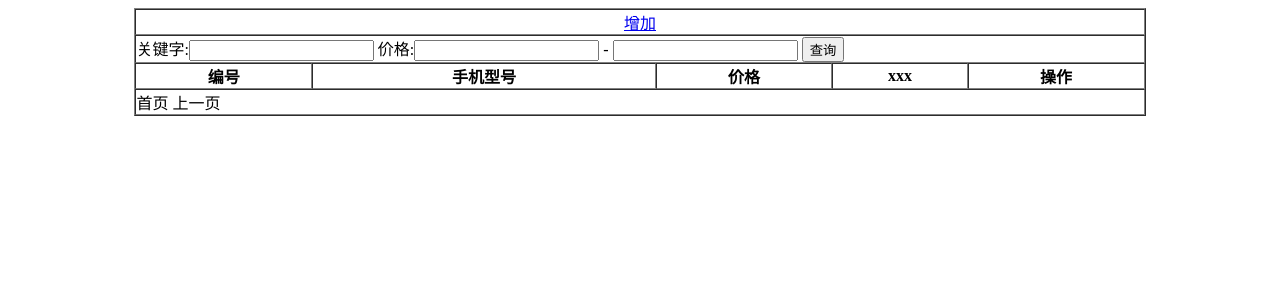
Repository: qyl1006/JavaCode
Page: http://localhost/task02/product
The author's editor kept a copy of each file at every save. The page is drawn from the files as they stood at one save, then again after the next save.
The browser window is 1280 px wide. The pictures show the whole page.
The page is served by Tomcat 9. Other server files are loaded and not shown. Queries for data that is not in the repository find no rows.

Above is the page before, as saved 2018-03-15 04:54:47.

### workspace/task02/webapp/WEB-INF/views/product/list.jsp
<%@ page language="java" contentType="text/html; charset=UTF-8"
    pageEncoding="UTF-8"%>
<!DOCTYPE html PUBLIC "-//W3C//DTD HTML 4.01 Transitional//EN" "http://www.w3.org/TR/html4/loose.dtd">

<%@ taglib prefix="c" uri="http://java.sun.com/jsp/jstl/core"%>
<html>
<head>
<meta http-equiv="Content-Type" content="text/html; charset=UTF-8">
<title>Insert title here</title>
	<script type="text/javascript">
		function goPage(pageNum){
			var form = document.getElementById("f1");
			form.currentPage.value = pageNum;
			form.submit();
		}
	</script>
</head>
<body>
<form action="/product" method="post" id="f1">
	<table align="center" border="1" width="80%" cellpadding="0" cellspacing="0">
		<tr align="center">
			<td colspan="5">
				<a href="/product?cmd=edit">增加</a>
			</td>
		</tr>
		<tr>
			<td colspan="5">
				关键字:<input type="text" name="keyWord" value="${qo.keyWord}"/>
				价格:<input type="number" name="minPrice" valus="${qo.minPrice}"/> -
					<input type="number" name="maxPrice" valus="${qo.maxPrice}"/>
					<input type="button" value="查询" onlick="goPage(1)"/>
			</td>
		</tr>
		<tr align="center">
			<th>编号</th>
			<th>手机型号</th>
			<th>价格</th>
			<th>xxx</th>
			<th>操作</th>
		</tr>
	<c:forEach items="${result.data}" var="p" varStatus="vs">
		<tr align="center" style="background-color: ${vs.count % 2 == 0 ? '' : 'red'}">
			<td>${p.id}</td>
			<td>${p.name}</td>
			<td>${p.price}</td>
			<td>${p.info}</td>
			<td>
				<a href="/product?cmd=edit&id=${p.id}">编辑</a>
				<a href="/product?cmd=delete&id=${p.id}">删除</a>
			</td>
		</tr>
	</c:forEach>
		<tr>
			<td colspan="5">
				<c:choose>
					<c:when test="${result.currentPage != 1}">
						<a href="javascript:goPage(1)">首页</a>
						<a href="javascript:goPage(${result.prevPage})">上一页</a>
					</c:when>
					<c:otherwise>首页 上一页</c:otherwise>
				</c:choose>
				<c:choose>
					<c:when test="${result.currentPage < result.endPage}">
						<a href="javascript:goPage(${result.nextPage})">下一页</a>
						<a href="javascript:goPage(${result.endPage})">尾页</a>
					</c:when>
				</c:choose>
			</td>
		</tr>
	</table>
</form>
</body>
</html>

### workspace/task02/src/cn/wolfcode/shop/web/servlet/ProductServlet.java
package cn.wolfcode.shop.web.servlet;

import java.io.IOException;
import java.math.BigDecimal;

import javax.servlet.ServletException;
import javax.servlet.annotation.WebServlet;
import javax.servlet.http.HttpServlet;
import javax.servlet.http.HttpServletRequest;
import javax.servlet.http.HttpServletResponse;

import cn.wolfcode.shop.domain.Product;
import cn.wolfcode.shop.query.PageResult;
import cn.wolfcode.shop.query.ProductQueryObject;
import cn.wolfcode.shop.service.IProduService;
import cn.wolfcode.shop.service.impl.ProduServiceImpl;
import cn.wolfcode.shop.util.StringUtil;

@WebServlet("/product")
public class ProductServlet extends HttpServlet {
	private static final long serialVersionUID = 1L;
	private IProduService service = new ProduServiceImpl();

	public void init() throws ServletException {
		System.out.println(123);
	}

	protected void service(HttpServletRequest req, HttpServletResponse resp)
			throws ServletException, IOException {
		req.setCharacterEncoding("utf-8");
		String cmd = req.getParameter("cmd");
		if("saveOrUpdate".equals(cmd)){
			saveOrUpdate(req, resp);
		}else if("delete".equals(cmd)){
			delete(req, resp);
		}else if("edit".equals(cmd)){
			edit(req, resp);
		}else{
			list(req, resp);
		}

	}
	private void list(HttpServletRequest req, HttpServletResponse resp)
			throws ServletException, IOException {
		ProductQueryObject qo = creatQo(req);
		PageResult result = service.query(qo);

		req.setAttribute("qo", qo);
		req.setAttribute("result", result);

		req.getRequestDispatcher("/WEB-INF/views/product/list.jsp").forward(req, resp);

	}
	private ProductQueryObject creatQo(HttpServletRequest req) {
		ProductQueryObject qo = new ProductQueryObject();

		String currentPage = req.getParameter("currentPage");
		String pageSize = req.getParameter("pageSize");
		String keyWord = req.getParameter("keyWord");
		String minPrice = req.getParameter("minPrice");
		String maxPrice = req.getParameter("maxPrice");

		if(StringUtil.hasLength(currentPage)){
			qo.setCurrentPage(Integer.valueOf(currentPage.trim()));
		}
		if(StringUtil.hasLength(pageSize)){
			qo.setPageSize(Integer.valueOf(pageSize.trim()));
		}

		if(StringUtil.hasLength(keyWord)){
			qo.setKeyWord(keyWord.trim());
		}

		if(StringUtil.hasLength(minPrice)){
			qo.setMinPrice(new BigDecimal(minPrice.trim()));
		}

		if(StringUtil.hasLength(maxPrice)){
			qo.setMaxPrice(new BigDecimal(maxPrice.trim()));
		}

		return qo;
	}

	private void delete(HttpServletRequest req, HttpServletResponse resp)
			throws ServletException, IOException {
		String id = req.getParameter("id");
		if(StringUtil.hasLength(id)){
			service.delete(Long.valueOf(id.trim()));
		}

		resp.sendRedirect("/product");

	}
	private void edit(HttpServletRequest req, HttpServletResponse resp)
			throws ServletException, IOException {
		String id = req.getParameter("id");
		if(StringUtil.hasLength(id)){
			Product product = service.get(Long.valueOf(id.trim()));
			req.setAttribute("p", product);
		}

		req.getRequestDispatcher("/WEB-INF/views/product/edit.jsp").forward(req, resp);
	}
	private void saveOrUpdate(HttpServletRequest req, HttpServletResponse resp)
			throws ServletException, IOException {

		String id = req.getParameter("id");
		String name = req.getParameter("name");
		String price = req.getParameter("price");
		String info = req.getParameter("info");

		Product p = new Product();
		if(StringUtil.hasLength(name)){
			p.setName(name.trim());
		}
		if(StringUtil.hasLength(price)){
			p.setPrice(new BigDecimal(price.trim()));
		}
		if(StringUtil.hasLength(info)){
			p.setInfo(info.trim());
		}

		if(StringUtil.hasLength(id)){
			p.setId(Long.valueOf(id.trim()));
			service.update(p);
		}else{
			service.save(p);
		}

		resp.sendRedirect("/product");
	}
}

### workspace/task02/src/cn/wolfcode/shop/service/impl/ProduServiceImpl.java
package cn.wolfcode.shop.service.impl;

import java.util.List;

import cn.wolfcode.shop.dao.IProductDAO;
import cn.wolfcode.shop.dao.impl.ProduDAOImpl;
import cn.wolfcode.shop.domain.Product;
import cn.wolfcode.shop.query.PageResult;
import cn.wolfcode.shop.query.ProductQueryObject;
import cn.wolfcode.shop.service.IProduService;

public class ProduServiceImpl implements IProduService {

	private IProductDAO dao = new ProduDAOImpl();

	public void save(Product p) {
		dao.save(p);
	}

	public void update(Product p) {
		dao.update(p);
	}

	public void delete(Long id) {
		dao.delete(id);
	}

	public Product get(Long id) {
		return dao.get(id);
	}

	public PageResult query(ProductQueryObject qo) {
		Long count = dao.queryCount(qo);
		if(count == 0L){
			return PageResult.EMPYT_PAGE;
		}
		List<Product> data = dao.query(qo);
		return new PageResult(qo.getCurrentPage(), qo.getPageSize(), count, data);
	}

}

### workspace/task02/src/cn/wolfcode/shop/dao/IProductDAO.java
package cn.wolfcode.shop.dao;

import java.util.List;

import cn.wolfcode.shop.domain.Product;
import cn.wolfcode.shop.query.ProductQueryObject;

public interface IProductDAO {
	void save(Product p);
	void update(Product p);
	void delete(Long id);
	Product get(Long id);

	Long queryCount(ProductQueryObject qo);
	List<Product> query(ProductQueryObject qo);
}

### workspace/task02/src/cn/wolfcode/shop/dao/impl/ProduDAOImpl.java
package cn.wolfcode.shop.dao.impl;

import java.util.List;

import org.apache.ibatis.session.SqlSession;

import cn.wolfcode.shop.dao.IProductDAO;
import cn.wolfcode.shop.domain.Product;
import cn.wolfcode.shop.query.ProductQueryObject;
import cn.wolfcode.shop.util.MyBatisUtil;
import lombok.Cleanup;

public class ProduDAOImpl implements IProductDAO {

	public void save(Product p) {
		@Cleanup
		SqlSession session = MyBatisUtil.getSession();
		session.update("product.save", p);
		session.commit();
	}


	public void update(Product p) {
		@Cleanup
		SqlSession session = MyBatisUtil.getSession();
		session.update("product.update", p);
		session.commit();

	}

	public void delete(Long id) {
		@Cleanup
		SqlSession session = MyBatisUtil.getSession();
		session.update("product.delete", id);
		session.commit();
	}

	public Product get(Long id) {
		@Cleanup
		SqlSession session = MyBatisUtil.getSession();
		return session.selectOne("product.get", id);
	}

	public Long queryCount(ProductQueryObject qo) {
		@Cleanup
		SqlSession session = MyBatisUtil.getSession();
		return session.selectOne("product.queryCount", qo);
	}

	public List<Product> query(ProductQueryObject qo) {
		@Cleanup
		SqlSession session = MyBatisUtil.getSession();
		return session.selectList("product.query", qo);
	}

}

### workspace/task02/src/cn/wolfcode/shop/util/StringUtil.java
package cn.wolfcode.shop.util;

public abstract class StringUtil {
	public static boolean hasLength(String str){
		return str != null && str.trim().length() > 0;
	}

	public static String Empty2Null(String str){
		return hasLength(str) ? str : null;
	}
}

### workspace/task02/src/cn/wolfcode/shop/util/MyBatisUtil.java
package cn.wolfcode.shop.util;

import java.io.InputStream;

import org.apache.ibatis.io.Resources;
import org.apache.ibatis.session.SqlSession;
import org.apache.ibatis.session.SqlSessionFactory;
import org.apache.ibatis.session.SqlSessionFactoryBuilder;

public abstract class MyBatisUtil {
	private static SqlSessionFactory factory;

	static{
		try {
			InputStream in = Resources.getResourceAsStream("mybatis.xml");
			factory = new SqlSessionFactoryBuilder().build(in);
		} catch (Exception e) {
			e.printStackTrace();
		}
	}

	public static SqlSession getSession(){
		return factory.openSession();
	}
}

### workspace/task02/src/cn/wolfcode/shop/domain/Product.java
package cn.wolfcode.shop.domain;

import java.math.BigDecimal;

import lombok.AllArgsConstructor;
import lombok.Getter;
import lombok.NoArgsConstructor;
import lombok.Setter;
import lombok.ToString;

@Setter @Getter @ToString @AllArgsConstructor @NoArgsConstructor
public class Product {
	private Long id;
	private String name;
	private BigDecimal price;
	private String info;
}

### workspace/task02/src/cn/wolfcode/shop/query/PageResult.java
package cn.wolfcode.shop.query;

import java.util.Collections;
import java.util.List;

import cn.wolfcode.shop.domain.Product;
import lombok.Getter;
import lombok.Setter;

@Setter @Getter
public class PageResult {
	@SuppressWarnings("unchecked")
	public static final PageResult EMPYT_PAGE = new PageResult(1, 1, 0L, Collections.EMPTY_LIST);


	private int currentPage;
	private int pageSize;

	private Long pageCount;
	private List<Product> data;

	private int endPage;
	private int prevPage;
	private int nextPage;
	public PageResult(int currentPage, int pageSize, Long pageCount,
			List<Product> data) {
		super();
		this.currentPage = currentPage;
		this.pageSize = pageSize;
		this.pageCount = pageCount;
		this.data = data;

		if(pageCount <= pageSize){
			endPage = 1;
			prevPage = 1;
			nextPage = 1;
			return;
		}

		endPage = (int) (pageCount % pageSize == 0 ? pageCount / pageSize : pageCount / pageSize + 1);
		prevPage = currentPage > 2 ? currentPage - 1 : 1;
		nextPage = currentPage < endPage ? currentPage + 1 : endPage;
	}


}

After the next save:
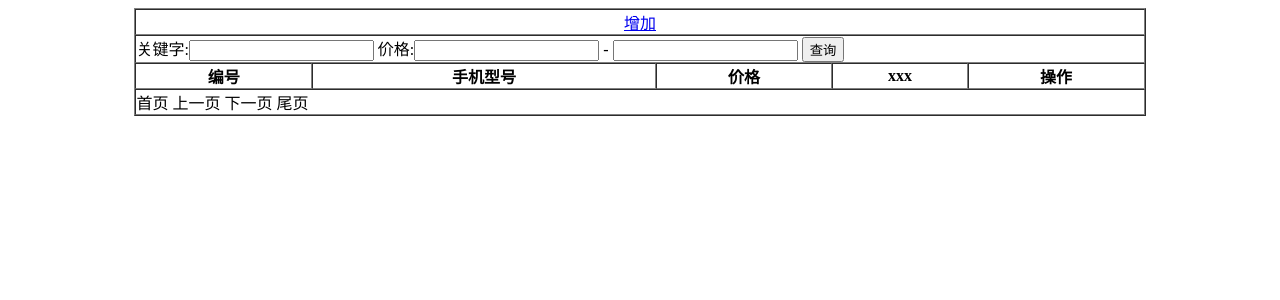
Saved 17 s later.
--- a/workspace/task02/webapp/WEB-INF/views/product/list.jsp
+++ b/workspace/task02/webapp/WEB-INF/views/product/list.jsp
@@ -64,6 +64,7 @@
 						<a href="javascript:goPage(${result.nextPage})">下一页</a>
 						<a href="javascript:goPage(${result.endPage})">尾页</a>
 					</c:when>
+					<c:otherwise>下一页 尾页</c:otherwise>
 				</c:choose>
 			</td>
 		</tr>
